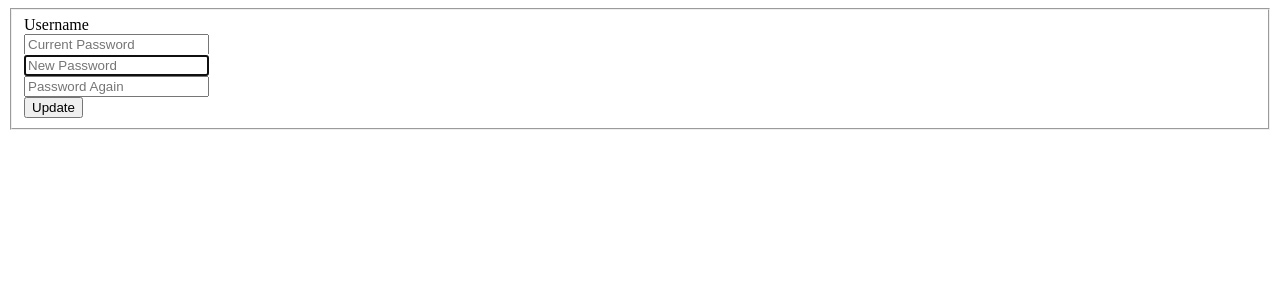
Repository: egniebauer/cs50x-LaunchCode
Page: http://localhost/pset7/views/account_form.php
The author's editor kept a record of every edit. The page is drawn from the files as they stood at one moment, then again after the next edit.
The browser window is 1280 px wide. The pictures show the whole page.
The page is run by PHP 8.4 with error messages shown; the project is at /var/www/html/.

Above is the page before.

After the next edit:
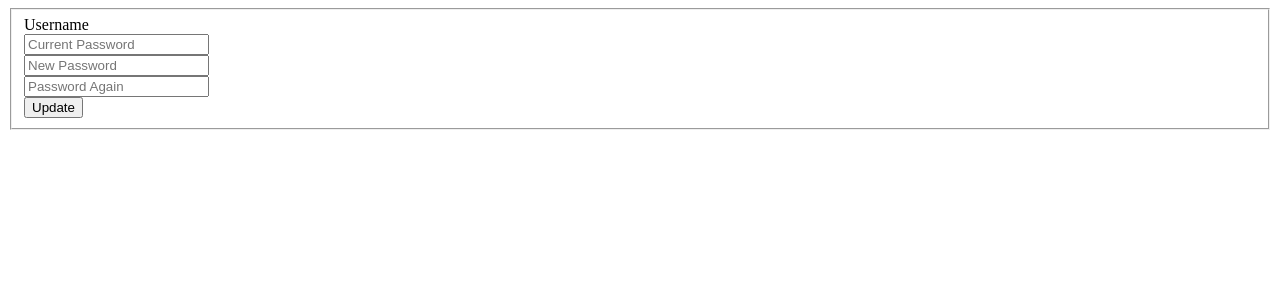
The edit:
--- a/pset7/views/account_form.php
+++ b/pset7/views/account_form.php
@@ -9,7 +9,7 @@
             <input autocomplete="off"  clas="form-control" name="current" placeholder="Current Password"  type="text"/>
         </div>
         <div class="form-group">
-            <input class="form-control" autofocus name="new_password" placeholder="New Password" type="password"/>
+            <input class="form-control" name="new_password" placeholder="New Password" type="password"/>
         </div>
         <div class="form-group">
             <input class="form-control" name="confirm_new" placeholder="Password Again" type="password"/>
